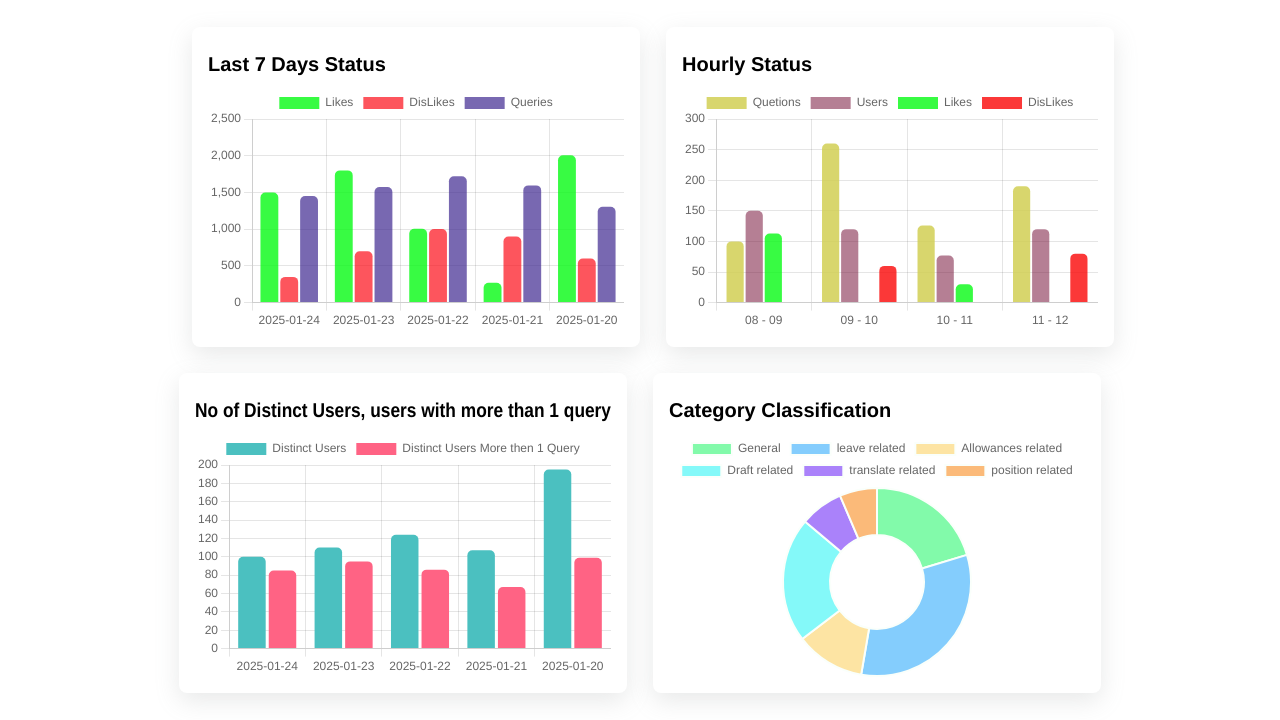
Repository: NAGARAJ-DEVELOPER/Dashboard
Page: /
These files come from the project's save history. The page is drawn as it stood at one moment and after the next save; the edit follows.
The browser window is 1280 px wide. The pictures show the whole page.
The project was rebuilt for these pictures with package versions that can differ from the ones it lists, and the page was loaded fresh each time. Also part of the build but not shown: vite.config.js.

Above is the page before, as saved 2025-02-12 00:12:57.

### src/App.jsx
import React from "react";
import { Chart as ChartJS, defaults } from "chart.js/auto";
import { Bar, Doughnut, Line, Pie } from "react-chartjs-2";

import "./App.css";


import sourceData from "./data/sourceData.json";
import Week from "./data/7days.json";
import toady from "./data/Today.json";
import user from "./data/Users.json";
import category from "./data/Category.json";

defaults.maintainAspectRatio = false;
defaults.responsive = true;

defaults.plugins.title.display = true;
defaults.plugins.title.align = "start";
defaults.plugins.title.font.size = 20;
defaults.plugins.title.color = "black";

export const App = () => {


  return (

    <div className="App">
     <br/>
    <br/>
    <br/>
        <div className="dataCard categoryCard">
        <Bar
          data={{
            labels: Week.map((data) => data.DATE1),
            datasets: [
              {
                label: "Likes",
                data: Week.map((data) => data.number_of_likes),
                backgroundColor: [
             "rgba(7, 250, 20, 0.8)",
                ],
                borderRadius: 5,
              },
              {
                label: "DisLikes",
                data: Week.map((data) => data.number_of_dislikes),
                backgroundColor: [

                  "rgba(252, 13, 25, 0.7)",

                ],
                borderRadius: 5,
              },
              {
                label: "Queries",
                data: Week.map((data) => data.number_of_ques),
                backgroundColor: [
                  "rgba(63, 40, 145, 0.7)",
                ],
                borderRadius: 5,
              },
            ],
          }}
          options={{
            plugins: {
              title: {
                text: "Last 7 Days Status",
              },
            },
          }}
        />
      </div>


      <div className="dataCard categoryCard">
        <Bar
          data={{
            labels: toady.map((data) => data.B_TIME),
            datasets: [
              {
                label: "Quetions",
                data: toady.map((data) => data.C_Questions),
                backgroundColor: [
                  "rgba(209, 207, 82, 0.84)",
                ],
                borderRadius: 5,
              },
              {
                label: "Users",
                data: toady.map((data) => data.D_Users),
                backgroundColor: [

                  "rgba(116, 14, 53, 0.53)",

                ],
                borderRadius: 5,
              },
              {
                label: "Likes",
                data: toady.map((data) => data.F_Likes),
                backgroundColor: [
                  "rgba(7, 250, 20, 0.8)",
                ],
                borderRadius: 5,
              },
              {
                label: "DisLikes",
                data: toady.map((data) => data.Dis_Likes),
                backgroundColor: [
                  "rgba(250, 7, 7, 0.8)",
                ],
                borderRadius: 5,
              },
            ],
          }}
          options={{
            plugins: {
              title: {
                text: "Hourly Status",
              },
            },
          }}
        />
      </div>
      <div className="dataCard categoryCard">
        <Bar
          data={{
            labels: user.map((data) => data.DATE1),
            datasets: [
              {
                label: "Distinct Users",
                data: user.map((data) => data.number_of_distinct_users),
                backgroundColor: 'rgb(75, 192, 192)',
                borderRadius: 5,
              },
              {
                label: "Distinct Users More then 1 Query",
                data: user.map((data) => data.Distinct_Users_more_1query),
                backgroundColor: 'rgb(255, 99, 132)',
                borderRadius: 5,
              },
            ],
          }}
          options={{
            plugins: {
              title: {
                text: "No of Distinct Users, users with more than 1 query",
              },
            },
          }}
        />
      </div>


      <div className="dataCard categoryCard">
        <Doughnut
          data={{
            labels: category.map((data) => data.category),
            datasets: [
              {
                label: "Count",
                data: category.map((data) => data.COUNT_CAT),
                backgroundColor: [
                  'rgba(7, 245, 86, 0.5)',
        'rgba(10, 155, 252, 0.5)',
        'rgba(252, 201, 72, 0.5)',
        'rgba(10, 243, 243, 0.5)',
        'rgba(86, 6, 245, 0.5)',
        'rgba(247, 129, 11, 0.55)',
                ],
                borderColor: [
                  'rgb(250, 255, 251)',
                  'rgb(250, 255, 251)',
                  'rgb(250, 255, 251)',
                  'rgb(250, 255, 251)',
                  'rgb(250, 255, 251)',
                  'rgb(250, 255, 251)',
                ],animation :Doughnut,
              },
            ],
          }}
          options={{
            plugins: {
              title: {
                text: "Category Classification",
              },
            },
          }}
        />
      </div>
    </div>
  );
};

### src/App.css
.App {
  height: 100vh;
  width: 100%;
  display: flex;
  flex-direction: row;
  align-items: center;
  justify-content: center;
  align-content: center;
  gap: 2vw;
  flex-wrap: wrap;
  background-color: #ffffff;
}

.dataCard {
  background-color: #ffffff;
  border-radius: 0.5em;
  box-shadow: rgba(142, 143, 145, 0.2) 0px 8px 24px;
  padding: 1em;
}

.revenueCard {
  width: 92%;
  height: 20rem;
}

.customerCard {
  width: 50%;
  height: 20rem;
}

.categoryCard {
  width: 35%;
  height: 20rem;
}

### src/data/sourceData.json
[
  {
    "label": "Queries",
    "value": 327787
  },
  {
    "label": "Likes",
    "value": 45877
  },
  {
    "label": "Dislikes",
    "value": 238787
  }
]

### src/data/7days.json
[
    {  "DATE1": "2025-01-24", "number_of_dislikes": 350, "number_of_likes": 1500,  "number_of_ques": 1452 },
    {  "DATE1": "2025-01-23", "number_of_dislikes": 700, "number_of_likes": 1800,  "number_of_ques": 1574 },
    {  "DATE1": "2025-01-22", "number_of_dislikes": 1003, "number_of_likes": 1005,  "number_of_ques": 1720 },
    {  "DATE1": "2025-01-21", "number_of_dislikes": 900, "number_of_likes": 270,  "number_of_ques": 1596 },
    {  "DATE1": "2025-01-20", "number_of_dislikes": 600, "number_of_likes": 2005,  "number_of_ques": 1304 }
  ]

### src/data/Today.json
[
  { "A_DATE": "2025-01-27", "B_TIME": "08 - 09", "C_Questions": 100, "D_Users": 150 ,"F_Likes": 113},
  { "A_DATE": "2025-01-27",  "B_TIME": "09 - 10", "C_Questions": 260, "D_Users": 120,"Dis_Likes":60},
  { "A_DATE": "2025-01-27", "B_TIME": "10 - 11", "C_Questions": 126, "D_Users": 77, "F_Likes": 30 },
  { "A_DATE": "2025-01-27", "B_TIME": "11 - 12", "C_Questions": 190, "D_Users": 120,"Dis_Likes":80 }
]

### src/data/Users.json
[
  {  "DATE1": "2025-01-24", "number_of_distinct_users": 100, "Distinct_Users_more_1query": 85 },
  {  "DATE1": "2025-01-23", "number_of_distinct_users": 110, "Distinct_Users_more_1query": 95 },
  {  "DATE1": "2025-01-22", "number_of_distinct_users": 124, "Distinct_Users_more_1query": 86  },
  {  "DATE1": "2025-01-21", "number_of_distinct_users": 107, "Distinct_Users_more_1query": 67  },
  {  "DATE1": "2025-01-20", "number_of_distinct_users": 195, "Distinct_Users_more_1query": 99  }
]

### src/data/Category.json
[
  { "category": "General", "COUNT_CAT": 2434 },
  { "category": "leave related", "COUNT_CAT": 3870 },
  { "category": "Allowances related", "COUNT_CAT": 1430 },
  { "category": "Draft related", "COUNT_CAT": 2569 },
  { "category": "translate related", "COUNT_CAT": 891 },
  { "category": "position related", "COUNT_CAT": 770 }
]

Loaded but not shown: index.html (common file); src/main.jsx (common file); src/index.css (common file)

After the next save:
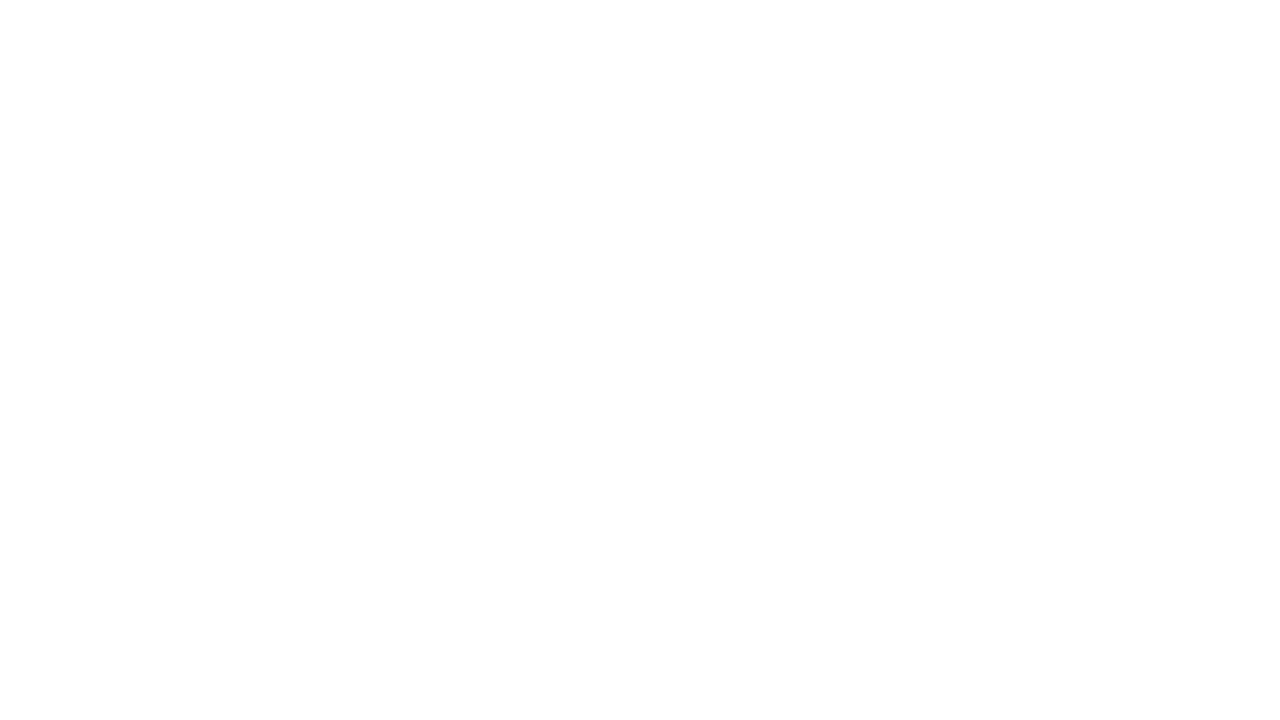
Console error: ReferenceError: Br is not defined
Saved 55 s later.
--- a/src/App.jsx
+++ b/src/App.jsx
@@ -28,6 +28,7 @@
      <br/>
     <br/>
     <br/>
+    <Br></Br>
         <div className="dataCard categoryCard">
         <Bar
           data={{

After the save that followed:
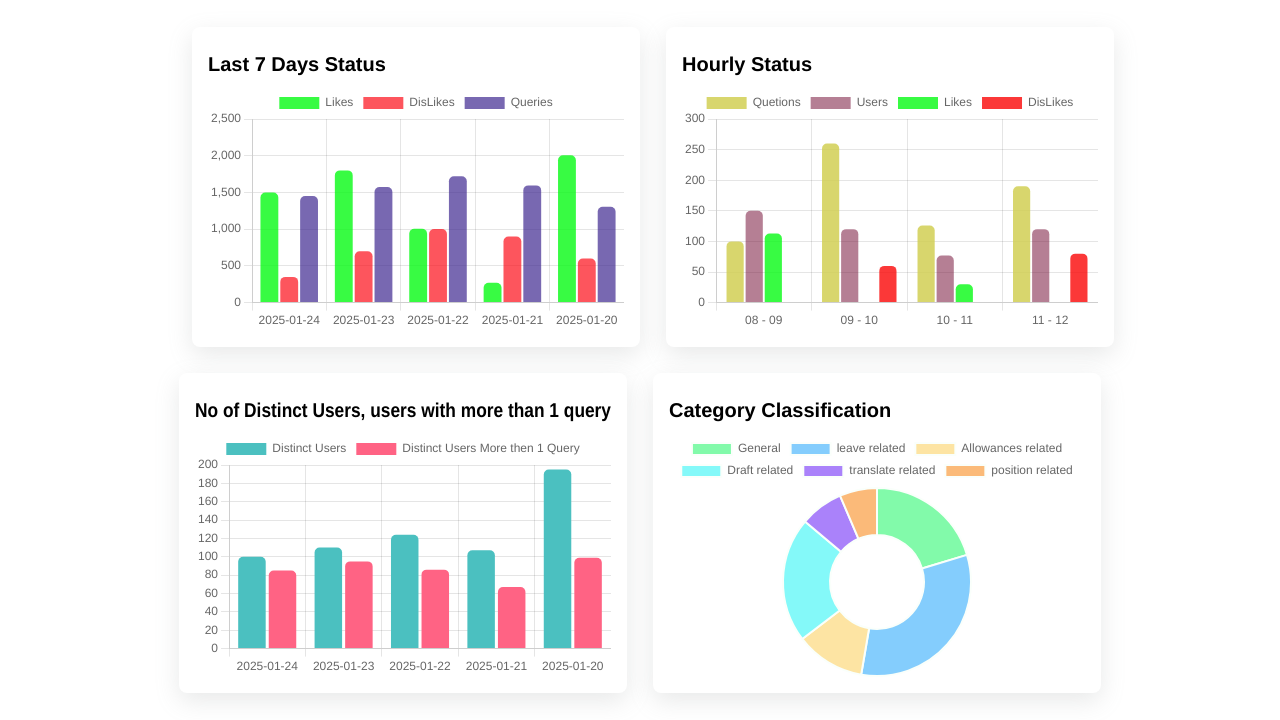
The error is gone.
Saved 8 s later.
--- a/src/App.jsx
+++ b/src/App.jsx
@@ -28,7 +28,7 @@
      <br/>
     <br/>
     <br/>
-    <Br></Br>
+
         <div className="dataCard categoryCard">
         <Bar
           data={{
